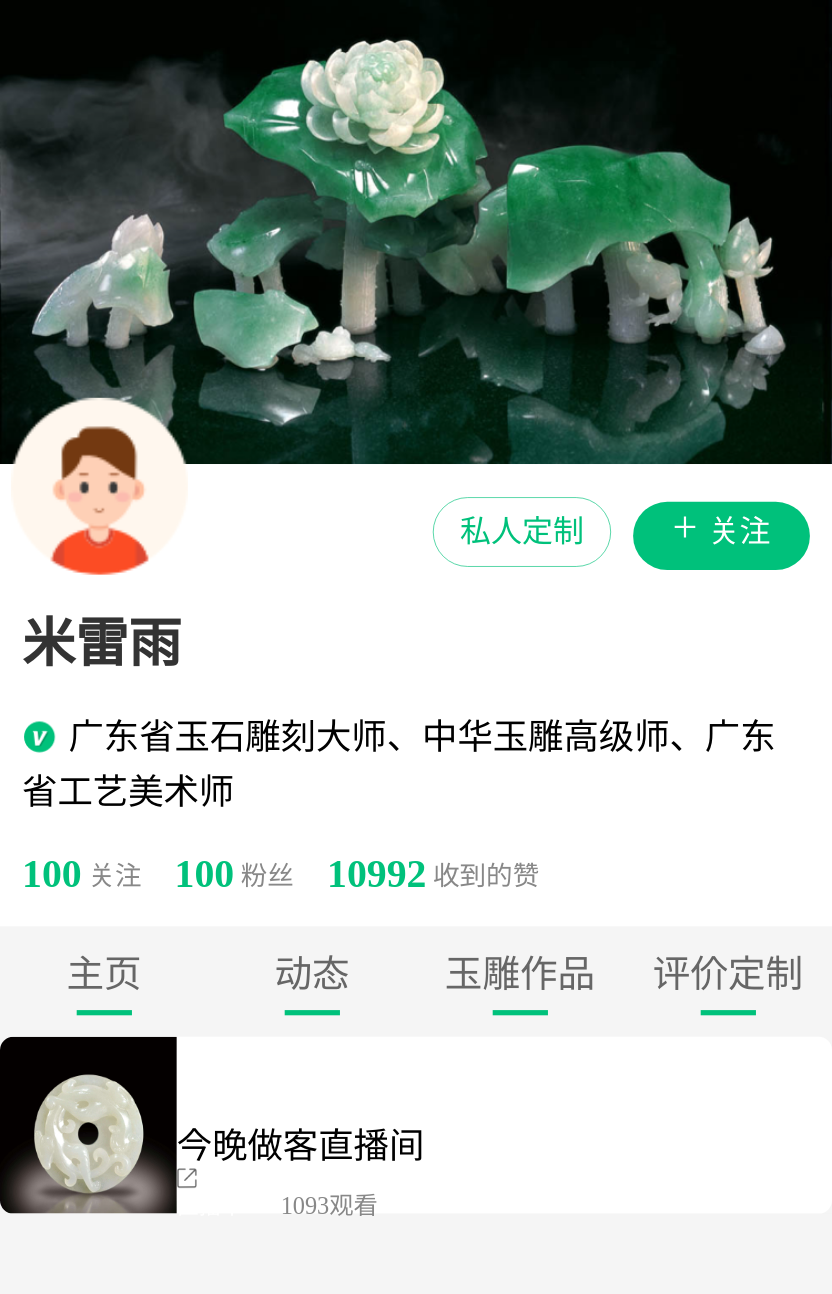
Repository: 1yanglulu/-
Page: html/jadecarvemaincenter.html
An editor plug-in stored every save of this project. The page is shown before and after the next save, followed by the edit.
The browser window is 1280 px wide. The pictures show the whole page, at 65% of full size.

Above is the page before, as saved 2020-01-07 16:37:48.

### html/jadecarvemaincenter.html
<!DOCTYPE html>
<html lang="en">
<head>
  <meta charset="UTF-8">
  <meta name="viewport" content="width=device-width, user-scalable=no, initial-scale=1.0, maximum-scale=1.0, minimum-scale=1.0">
  <meta http-equiv="X-UA-Compatible" content="ie=edge">
  <title>玉雕师详情</title>
  <link rel="stylesheet" href="../css/common.css">
  <link rel="stylesheet" href="../css/jadecarvemaincenter.css">
  <link rel="stylesheet" href="../css/jadehomepage.css">
</head>
<body class="bac-color">
  <div class="jade-main-center  bac-color">
    <div class="top-banner">
      <img src="../images/mainbac.png" alt="" class="banner-bac">
    </div>
    <div class="avatar-box">
      <img src="../images/defaultImg.png" alt="" class="default-img">
      <div class="btn-box fn">
        <a href="javascript:void(0);" class="self-made">私人定制</a>
        <div class="follow-btn"><span class="add-icon">+</span>关注</div>
      </div>
      <div class="jade-name">
        米雷雨
      </div>
      <div class="jade-introduce fn">
        <img src="../images/vipicon.png" alt="vip" class="vip-icon">
        <span class="touxian">广东省玉石雕刻大师、中华玉雕高级师、广东省工艺美术师</span>
      </div>
      <div class="jade-hot-num">
        <span class="for-num">100</span>关注<span class="for-num">100</span>粉丝<span class="for-num">10992</span>收到的赞
      </div>
    </div>
    <div class="jade-tab clearfix">
      <div class="jade-tab-item fl  fn">
        <span>主页</span>
        <div class="tab-line"></div>
      </div>
      <div class="jade-tab-item fl  fn">
        <span>动态</span>
        <div class="tab-line"></div>
      </div>
      <div class="jade-tab-item fl  fn">
        <span>玉雕作品</span>
        <div class="tab-line"></div>
      </div>
      <div class="jade-tab-item fl  fn">
        <span>评价定制</span>
        <div class="tab-line"></div>
      </div>
    </div>
    <div id="home-page-con">
    </div>
    <div class="active-page-con">
    </div>
    <div class="jade-works-page-con">
    </div>
    <div class="jade-comment-made-page-con">
    </div>
  </div>
  <script src="../js/jquery-3.3.1.min.js"></script>
  <script src="../js/rem.js"></script>
  <script src="../js/jadecarvemaincenter.js"></script>
  <script>
    $(document).ready(function(){
    　　$("#home-page-con").load("./jadehomepage.html")
    });
  </script>
</body>
</html>

### css/common.css
h2,body,div,html,ul,li,a,img{
  margin: 0;
  padding: 0;
}
a,img{
  display:block;
}
.fn{
  font-size:0;
}
ul{
  margin-block-start: 0;
  margin-block-end: 0;
  padding-inline-start: 0;
}
ul li{
  list-style: none;
}
a{
  text-decoration: none;
}
.clearfix:after{/*伪元素是行内元素 正常浏览器清除浮动方法*/
  content: "";
  display: block;
  height: 0;
  clear:both;
  visibility: hidden;
}
.clearfix{
  *zoom: 1;/*ie6清除浮动的方式 *号只有IE6-IE7执行，其他浏览器不执行*/
}
.fl{
  float: left;
}
.fr{
  float:right;
}
.bac-color{
  /* background:rgb(248,248,248); */
  background: #f5f5f5;
}

### css/jadecarvemaincenter.css
.jade-main-center{
  width: 100%;
}
.top-banner{
  background: #fff;
}
.banner-bac{
  width: 100%;
  height: 4.2rem;
  display: block
}
.default-img{
  width: 1.6rem;
  height: 1.6rem;
}
.avatar-box{
  position: relative;
  background: #fff;
}
.default-img{
  position: absolute;
  left:.1rem;
  top:-.6rem;

}
.avatar-box{
  padding:0 .2rem 0.3rem;
}
.btn-box{
  text-align: right;
  padding: .3rem 0;
}
.self-made{
  display: inline-block;
  padding: 0 .24rem;
  text-align: center;
  line-height: .62rem;
  border: 1px solid #00C17B;
  border-radius:.33rem;
  background: #fff;
  font-size: .28rem;
  color: #00C17B;
  margin-right: .2rem;
}
.follow-btn{
  width: 1.6rem;
  height: .62rem;
  text-align: center;
  background: #00C17B;
  border-radius:.33rem;
  font-size: .28rem;
  color: #FFFFFF;
  display: inline-block;
}
.add-icon{
  font-size: .4rem;
  color: #FFFFFF;
  margin-right: .1rem;
}
.jade-name{
  font-size: .48rem;
  color: #333333;
  line-height: .58rem;
  text-align: left;
  margin-top: .08rem;
  font-weight: bold;
  margin-bottom: .3rem;
  background: #fff;
}
.jade-introduce{
  margin-bottom: .3rem;
  background: #fff;
}
.vip-icon{
  width: .32rem;
  height: .32rem;
  display: inline-block;
  margin-right: .1rem;
  vertical-align: middle;
}
.touxian{
  font-size: .32rem;
  color: #000000;
  line-height: .5rem;
  vertical-align: middle;
}
.jade-hot-num{
  font-size: .24rem;
  color: #888888;
  text-align: center;
  text-align: left;
  background: #fff;
}
.jade-hot-num .for-num{
  font-size: .36rem;
  color: #00C17B;
  text-align: center;
  font-weight: bold;
  margin-left: .3rem;
  vertical-align: bottom;
  line-height: 0.36rem;
  margin-right: .06rem;
}
.jade-hot-num .for-num:first-child{
  margin-left: 0;
}
.jade-tab{
  height: 1rem;
}
.jade-tab .jade-tab-item{
  width: 25%;
  height: 100%;
  text-align: center;
  padding-top: 0.2rem;
  box-sizing: border-box;
}
.jade-tab .jade-tab-item>span{
  display: block;
  height: 0.48rem;
  text-align: center;
  line-height: .48rem;
  margin-bottom: .08rem;
  font-size: .34rem;
  color: #666666;
}
.tab-line{
  width: .5rem;
  height: .05rem;
  background: #00C17B;
  display: inline-block;
}
.active-style{
  color:#00C17B
}
.home-page-con{
  padding:0 .2rem;
}

### css/jadehomepage.css
.bodyStyle{
  padding:0 .2rem;
}
.home-top{
  width: 100%;
  height: 1.6rem;
  background: #FFFFFF;
  border-radius: .12rem;
}
.live-bac{
  display: inline-block;
  width: 1.6rem;
  height: 100%;
  border-radius: 0.12rem 0 0 0.12rem;
}
.live-con{
  height: 100%;
  display: inline-block;
  box-sizing: border-box;
}
.live-title{
  font-size: .32rem;
  color: #000000;
  letter-spacing: 0;
}
.live-status{
  display: inline-block;
  width: .94rem;
  height: .32rem;
  font-size: .2rem;
  color: #FFFFFF;
}
.live-status>img{
  width: .18rem;
  height: .18rem;
}
.live-visitor-num{
  display: inline-block;
  font-size: .22rem;
  color: #888888;
}

### js/rem.js
(function (doc, win) {
    var docEl = doc.documentElement,
        resizeEvt = 'orientationchange' in window ? 'orientationchange' : 'resize',
        recalc = function () {
            var clientWidth = docEl.clientWidth;
            if (!clientWidth) return;
            docEl.style.fontSize =Math.floor(100*(clientWidth / 750))+ 'px';
        };
    if (!doc.addEventListener) return;
    win.addEventListener(resizeEvt, recalc, false);
    doc.addEventListener('DOMContentLoaded', recalc, false);
})(document,window);

### html/jadehomepage.html
<div class="home-top fn">
  <img src="../images/yushi1.jpg" alt="直播间封面" class="live-bac">
  <div class="live-con fn">
    <div class="live-title">今晚做客直播间</div>
    <div class="live-detail fn">
      <div class="live-status"><img src="../images/share.png" alt="">直播中</div>
      <div class="live-visitor-num">1093观看</div>
    </div>
  </div>
  <a href="javascript:void(0);">进入直播间</a>
</div>

Loaded but not shown: js/jquery-3.3.1.min.js (library); js/jadecarvemaincenter.js (no stored copy; drawn as an empty file)

After the next save:
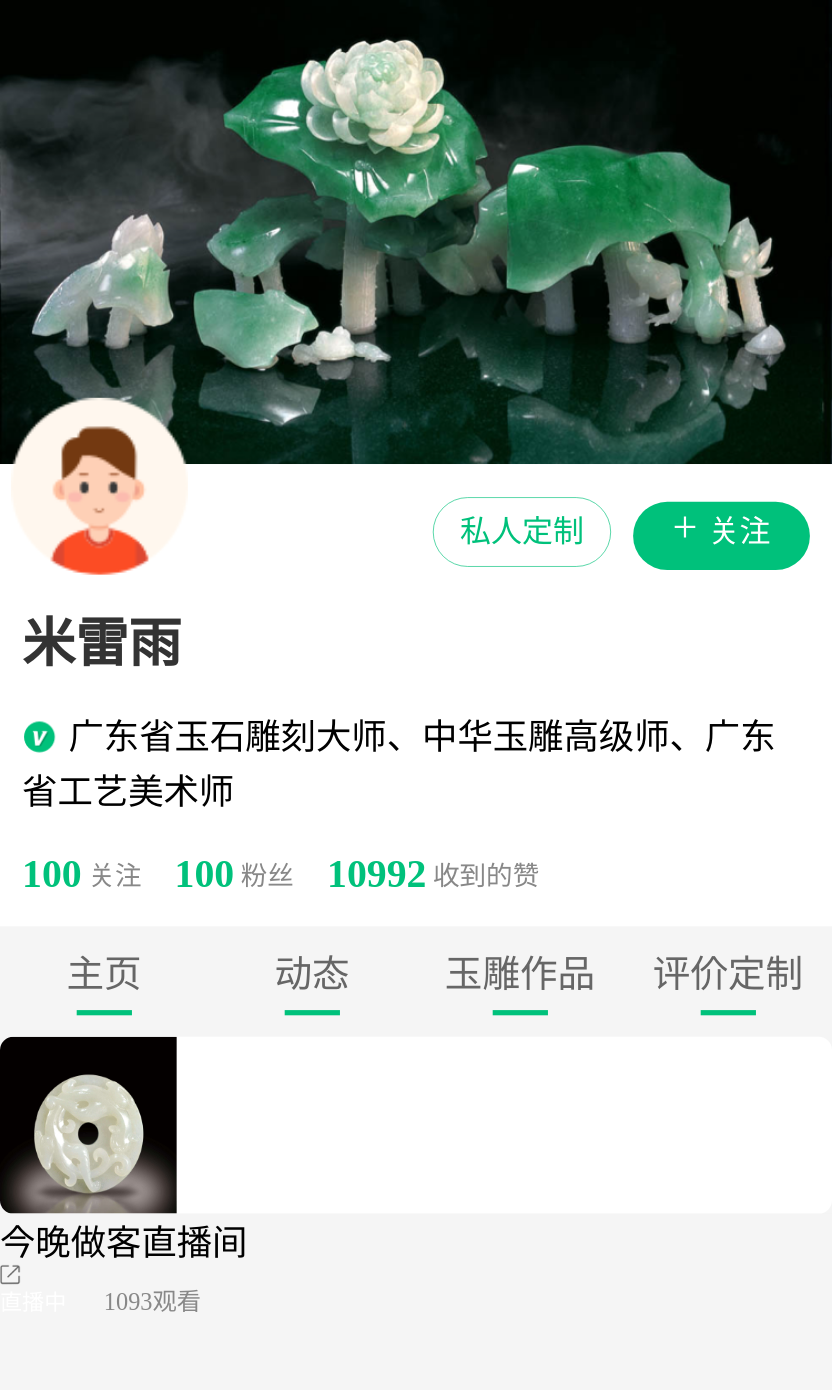
Saved 73 s later.
--- a/css/jadehomepage.css
+++ b/css/jadehomepage.css
@@ -15,8 +15,6 @@
 }
 .live-con{
   height: 100%;
-  display: inline-block;
-  box-sizing: border-box;
 }
 .live-title{
   font-size: .32rem;
